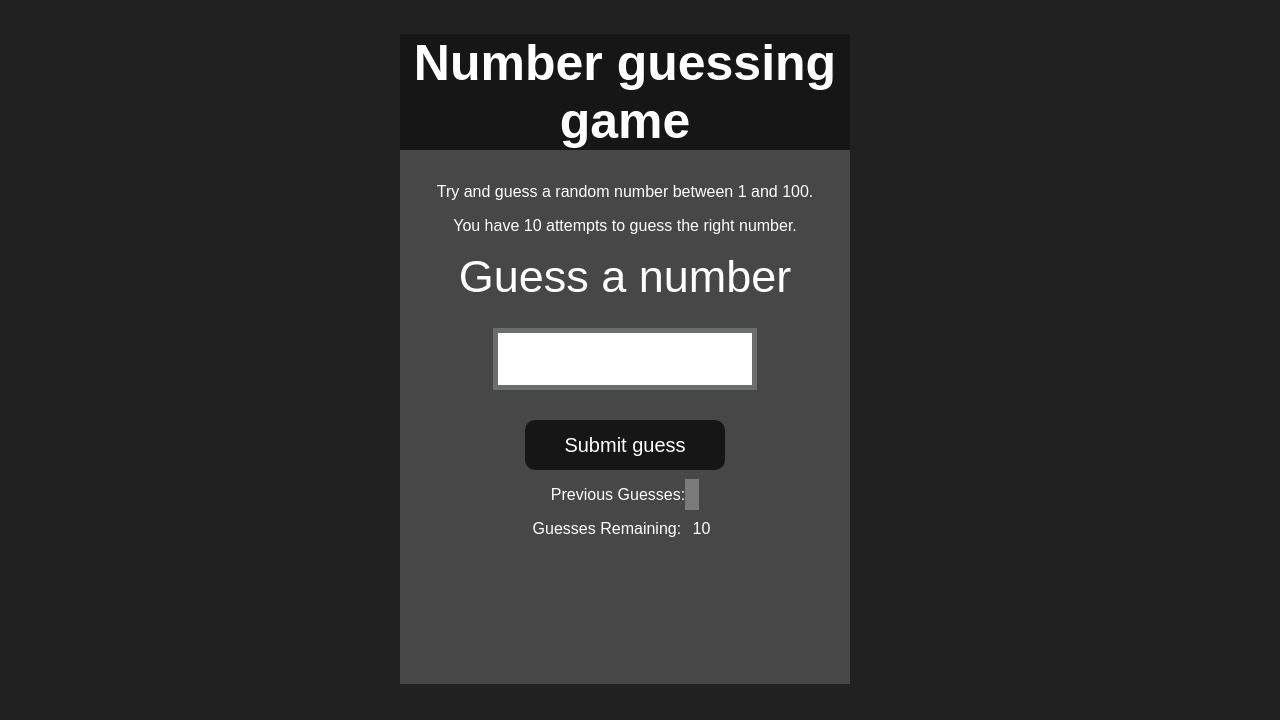
Repository: Chiranshukapil/Mini-project
Page: index.html
These files come from the project's save history. The page is drawn as it stood at one moment and after the next save; the edit follows.
The browser window is 1280 px wide. The pictures show the whole page.

Above is the page before, as saved 2024-06-24 01:37:22.
Not found: styles.css

After the next save:
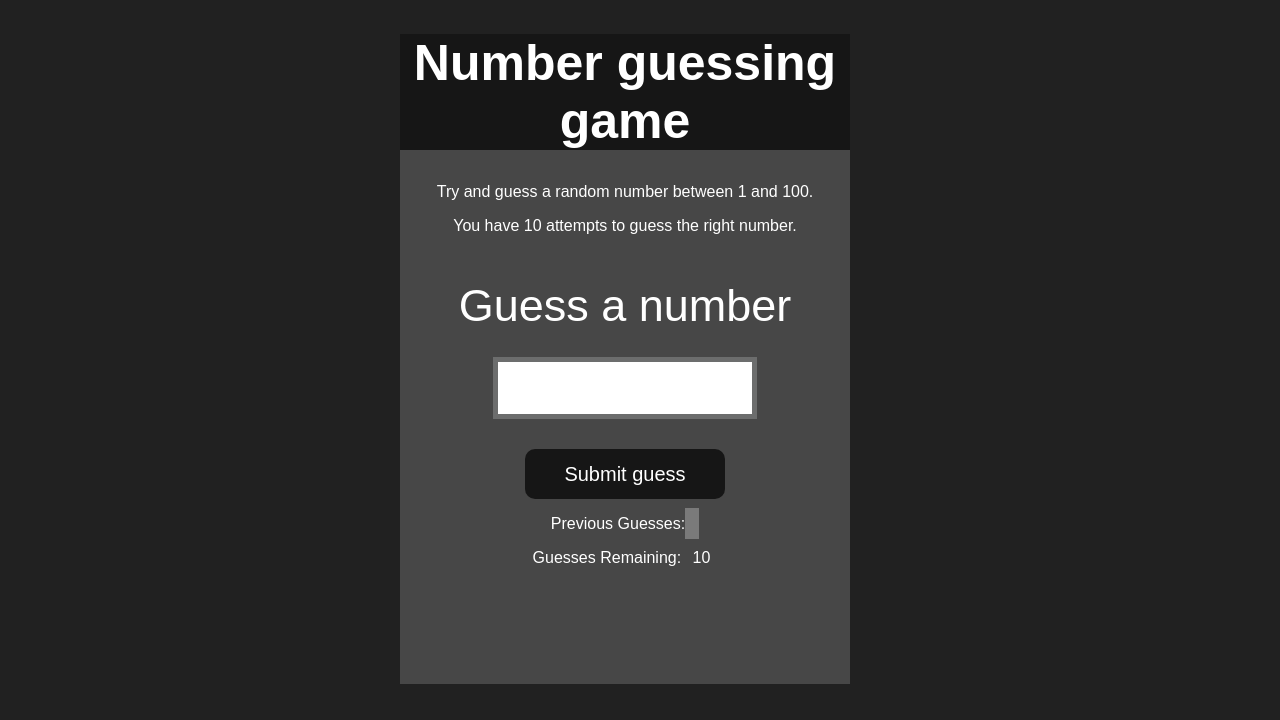
Saved 11 s later.
--- a/index.html
+++ b/index.html
@@ -20,7 +20,7 @@
         <h1>Number guessing game</h1>
         <p>Try and guess a random number between 1 and 100.</p>
         <p>You have 10 attempts to guess the right number.</p>
-
+        </br>
         <form class="form">
             <label for="guessField" id="guess">Guess a number</label>
             <input type="text" id="guessField" class="guessField">
